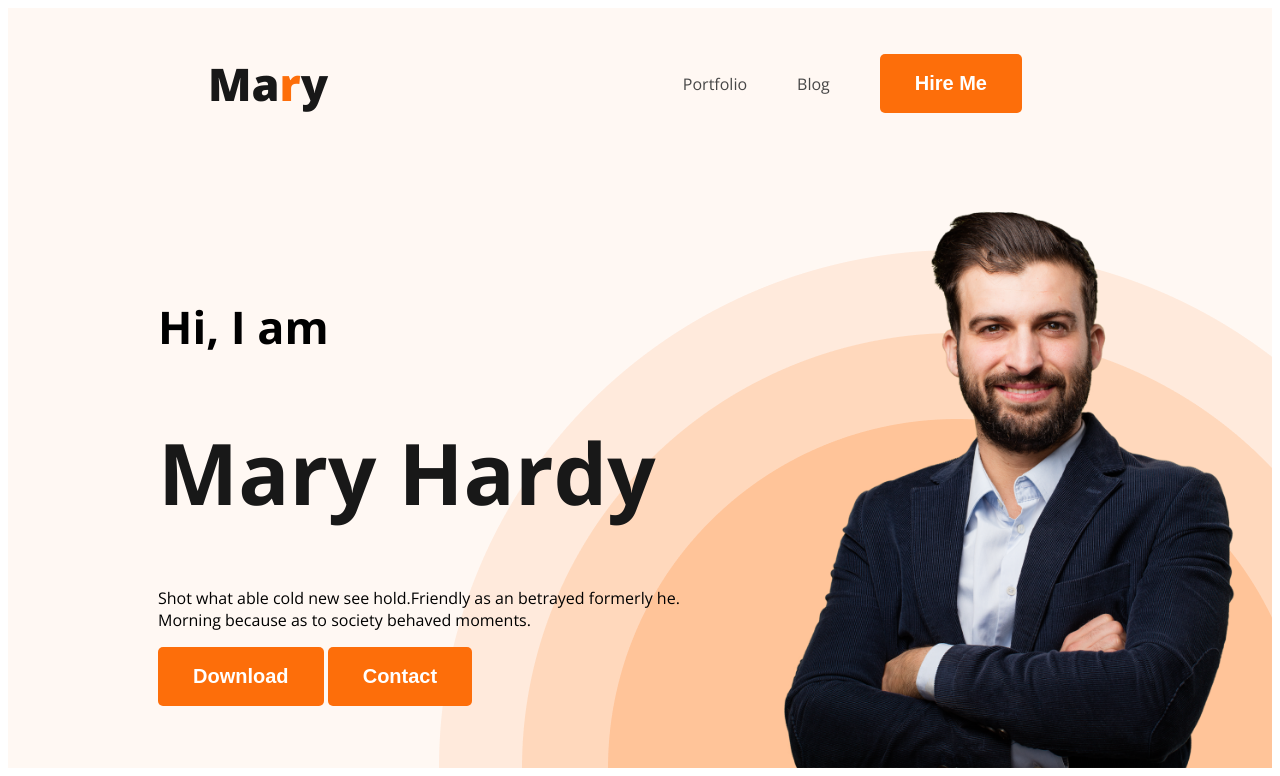
Repository: ShouravAhammed/Simple-Portfolio-Webpage
Page: index.html
The author's editor kept a copy of each file at every save. The page is drawn from the files as they stood at one save, then again after the next save.
The browser window is 1280 px wide. The pictures show the whole page.

Above is the page before, as saved 2024-01-06 00:51:55.

### index.html
<!DOCTYPE html>
<html lang="en">
<head>
    <meta charset="UTF-8">
    <meta name="viewport" content="width=device-width, initial-scale=1.0">
    <title>Mary</title>
    <link rel="stylesheet" href="index.css">
</head>
<body>
    <header class="header">
        <nav>
            <h3 class="nav-title">Ma<span class="text-primary">r</span>y</h3>
            <ul class="navber">
                <li><a href="">Portfolio</a></li>
                <li><a href="">Blog</a></li>
                <li><button class="btn-primary">Hire Me</button></li>
            </ul>
        </nav>
        <div class="banner">
            <div class="banner-content">
                <h3 class="banner-greeting">Hi, I  am</h3>
                <h1 class="banner-title">Mary Hardy</h1>
                <p>Shot what able cold new see hold.Friendly as an betrayed formerly he. Morning because as to society behaved moments.</p>
                <button class="btn-primary">Download</button>
                <button class="btn-primary">Contact</button>
            </div>
            <img class="profile-pic" src="images/hardy.png" alt="profile-pic">
        </div>
    </header>
    <main>

    </main>
    <footer>

    </footer>
</body>
</html>

### index.css
@import url('https://fonts.googleapis.com/css2?family=Lato:ital,wght@0,100;0,300;0,400;0,700;0,900;1,100;1,300;1,400;1,700;1,900&display=swap');
@import url('https://fonts.googleapis.com/css2?family=Open+Sans:ital,wght@0,300;0,400;0,500;0,600;0,700;0,800;1,300;1,400;1,500;1,600;1,700;1,800&display=swap');
/* google fonts import */
/* *{
    margin: 0;
    padding: 0;
    outline: 0;
} */
ul, ol{
    list-style: none;
}
body{
    font-family: 'Open Sans', sans-serif;
}
.text-primary{
    color: #FD6E0A;
}
.btn-primary{
    border-radius: 5px;
    color: #fff;
    background: #FD6E0A;
    font-size: 20px;
    font-weight: 700;
    padding: 18px 35px;
    border: 0;
}

/* nav related style */
nav{
    display: flex;
    justify-content: space-between;
    align-items: center;
    margin: 0 200px;
}
.nav-title{
    color: #181818;
    font-size: 45px;
    font-weight: 800;
}
nav > ul{
    display: flex;
    align-items: center;
}
nav li{
    margin-right: 50px;
}
nav a{
    text-decoration: none;
    color: #474747;
}
/* header related style */
.header{
    background: #FFF8F3;
    background-image: url(images/header_bg.png);
    background-position: bottom right;
    background-repeat: no-repeat;
}
.banner{
    display: flex;
    padding: 30px 30px 0px 150px;
    align-items: center;
}
.banner .profile-pic{
    width: 500px;
}
.banner-greeting{
    font-size: 45px;
}
.banner-title{
    color: #181818;
    font-size: 85px;
    font-weight: 700;
}

After the next save:
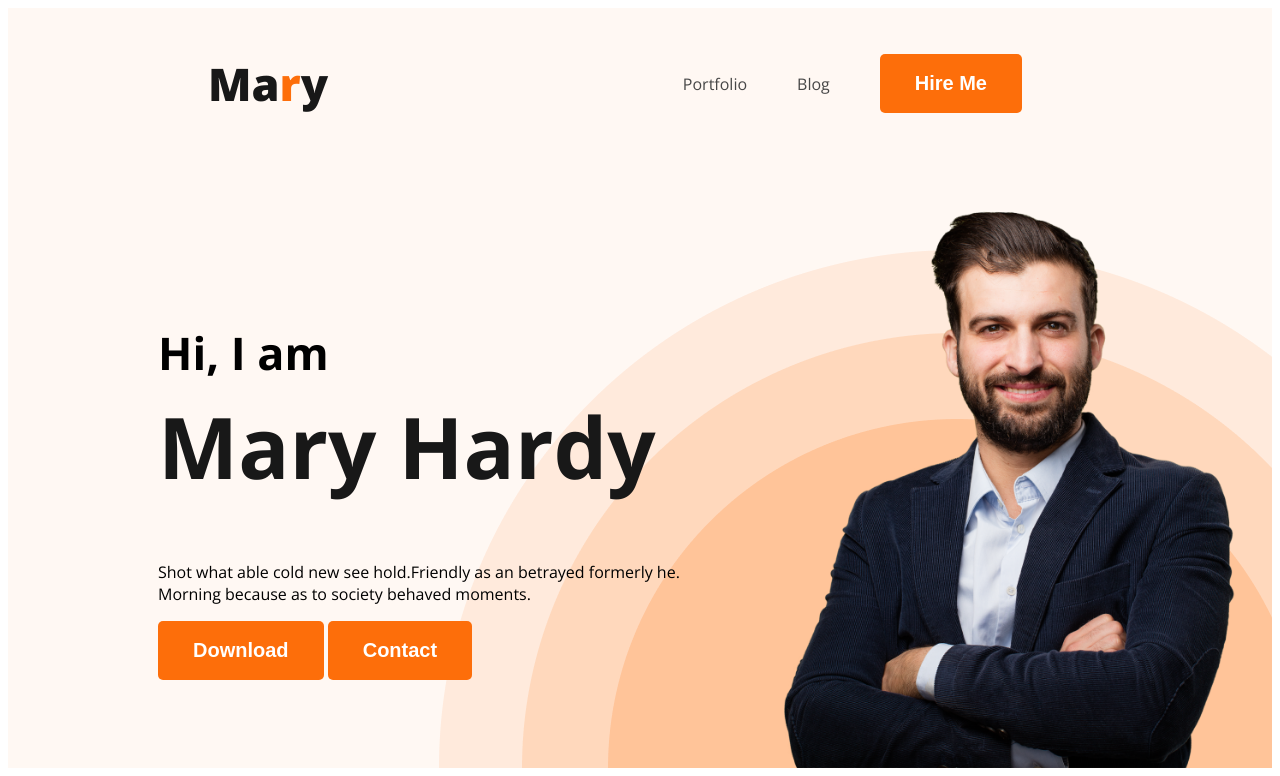
Saved 62 s later.
--- a/index.css
+++ b/index.css
@@ -65,9 +65,11 @@ nav a{
 }
 .banner-greeting{
     font-size: 45px;
+    margin-bottom: 0;
 }
 .banner-title{
     color: #181818;
     font-size: 85px;
     font-weight: 700;
+    margin-top: 5px;
 }
